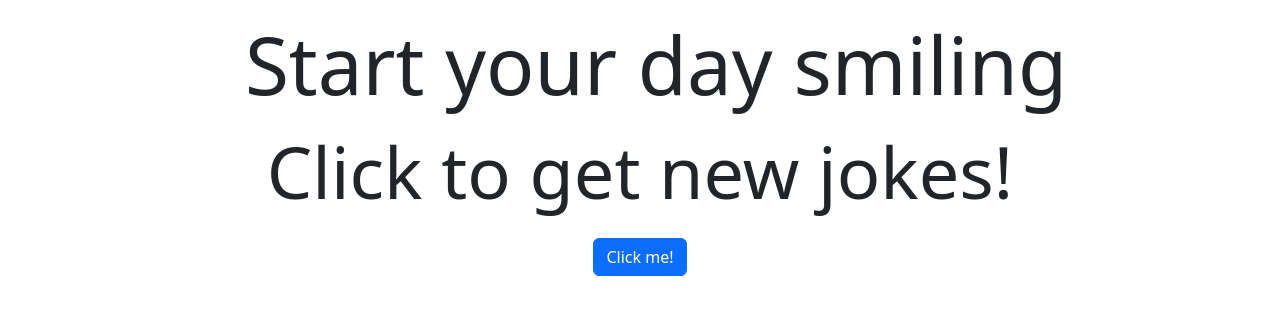
Repository: danieltikamori/wdb
Page: projects/Joke Machine/index.html
An editor plug-in stored every save of this project. The page is shown before and after a run of saves, followed by the edit.
The browser window is 1280 px wide. The pictures show the whole page.
Some web libraries are served in a nearby version.

Above is the page before, as saved 2023-01-28 18:11:07.

### projects/Joke Machine/index.html
<!DOCTYPE html>
<html lang="en">
<head>
  <meta charset="UTF-8">
  <meta http-equiv="X-UA-Compatible" content="IE=edge">
  <meta name="viewport" content="width=device-width, initial-scale=1.0">
  <title>Joke Machine</title>
  <link href="https://cdn.jsdelivr.net/npm/bootstrap@5.3.0-alpha1/dist/css/bootstrap.min.css" rel="stylesheet" integrity="sha384-GLhlTQ8iRABdZLl6O3oVMWSktQOp6b7In1Zl3/Jr59b6EGGoI1aFkw7cmDA6j6gD" crossorigin="anonymous">
</head>
<body>
  <div class="container text-center">
    <h1 class="m-3 container-fluid display-1">Start your day smiling</h1>
    <h2 class="container-fluid display-2">Click to get new jokes!</h2>
    <button id="jokeButton" class="btn btn-primary m-3">Click me!</button>
    <ul id="jokes"></ul>
  </div>

  <script src="https://cdn.jsdelivr.net/npm/bootstrap@5.3.0-alpha1/dist/js/bootstrap.bundle.min.js" integrity="sha384-w76AqPfDkMBDXo30jS1Sgez6pr3x5MlQ1ZAGC+nuZB+EYdgRZgiwxhTBTkF7CXvN" crossorigin="anonymous"></script><script src="https://cdn.jsdelivr.net/npm/bootstrap@5.3.0-alpha1/dist/js/bootstrap.bundle.min.js" integrity="sha384-w76AqPfDkMBDXo30jS1Sgez6pr3x5MlQ1ZAGC+nuZB+EYdgRZgiwxhTBTkF7CXvN" crossorigin="anonymous"></script>
  <script src="https://cdn.jsdelivr.net/npm/axios@1.1.2/dist/axios.min.js"></script>
  <script src="app.js"></script>
</body>
</html>

### projects/Joke Machine/app.js
const jokes = document.querySelector("#jokes");
const button = document.querySelector("#jokeButton");

const addNewJoke = async () => {
  const jokeText = await getDadJoke();
  const newLI = document.createElement("LI");
  newLI.append(jokeText);
  jokes.append(newLI);
};

const getDadJoke = async () => {
  try {
    const config = { headers: { Accept: "application/json" } };
    const response = await axios.get("https://icanhazdadjoke.com/", config);
    return response.data.joke;
  } catch (err) {
    return "No jokes available! Try again another time!";
  }
};
button.addEventListener("click", addNewJoke); //Event listener must be after the function

After the next 2 saves:
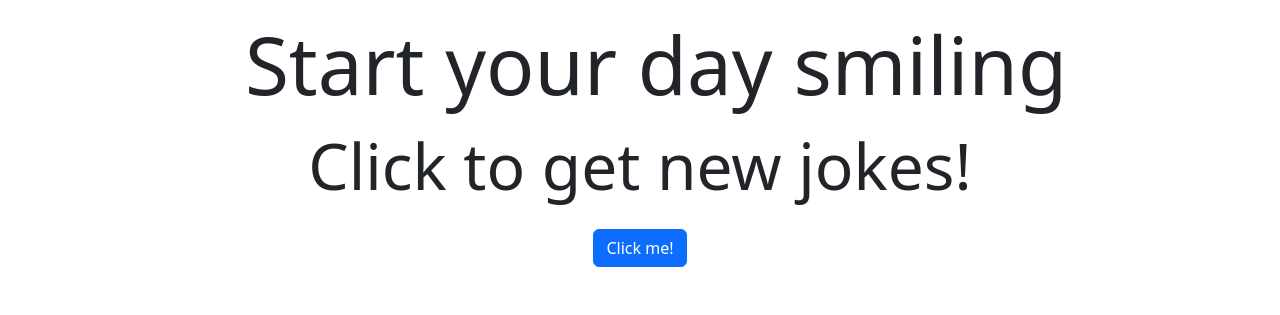
The 2 saves are shown as one change because they came seconds apart.
The last was saved 7 s later.
--- a/projects/Joke Machine/index.html
+++ b/projects/Joke Machine/index.html
@@ -10,7 +10,7 @@
 <body>
   <div class="container text-center">
     <h1 class="m-3 container-fluid display-1">Start your day smiling</h1>
-    <h2 class="container-fluid display-2">Click to get new jokes!</h2>
+    <h2 class="container-fluid display-3">Click to get new jokes!</h2>
     <button id="jokeButton" class="btn btn-primary m-3">Click me!</button>
     <ul id="jokes"></ul>
   </div>
